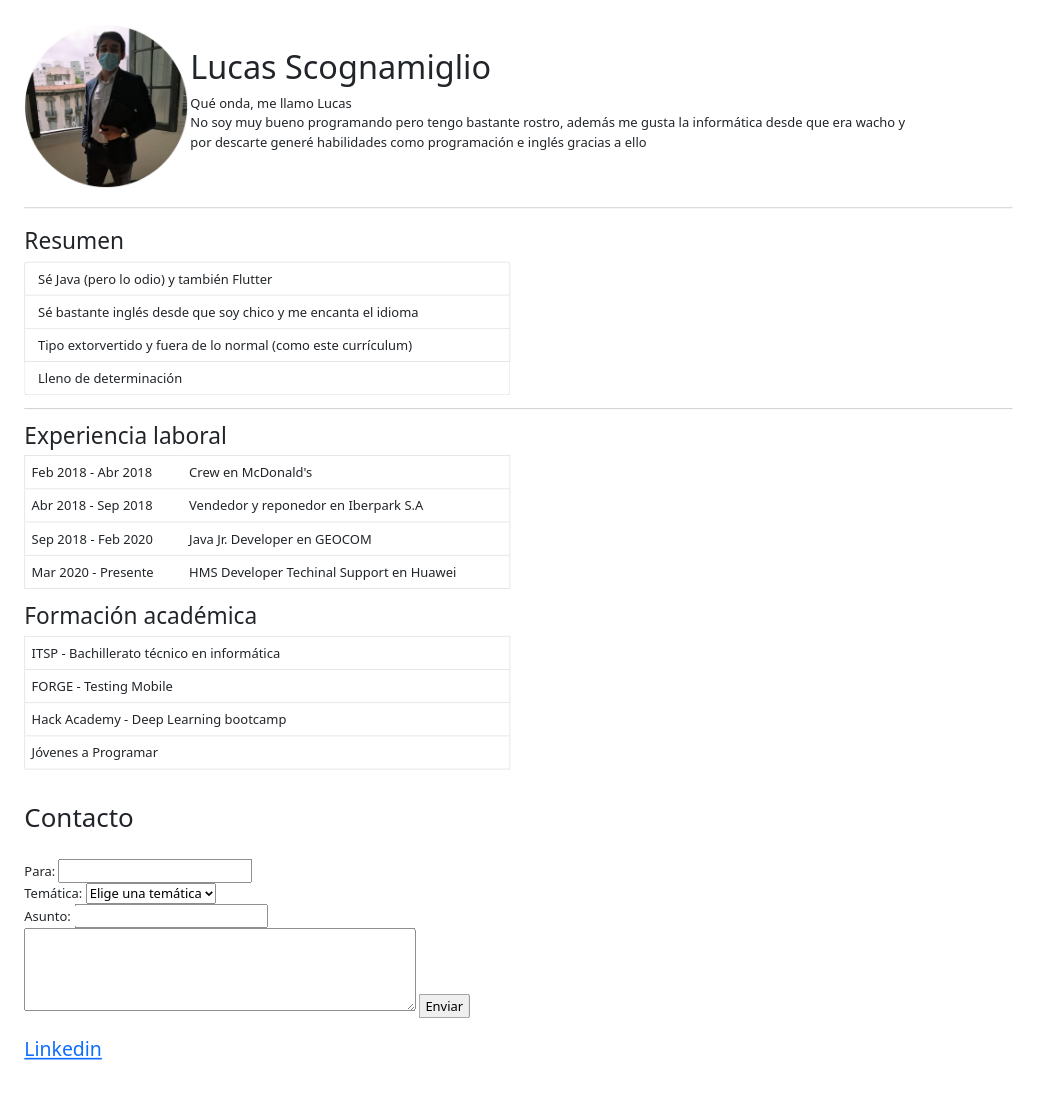
Repository: ScoggoDev/DesarrolloWeb
Page: tarea en equipo 1/cv.html
The author's editor kept a copy of each file at every save. The page is drawn from the files as they stood at one save, then again after the next save.
The browser window is 1280 px wide. The pictures show the whole page, at 81% of full size.

Above is the page before, as saved 2021-07-12 10:07:03.

### tarea en equipo 1/cv.html
<!DOCTYPE html>
<html>
  <head>
    <meta charset="utf-8">
    <title>CV de Lucas</title>
    <link href="https://cdn.jsdelivr.net/npm/bootstrap@5.0.2/dist/css/bootstrap.min.css" rel="stylesheet" integrity="sha384-EVSTQN3/azprG1Anm3QDgpJLIm9Nao0Yz1ztcQTwFspd3yD65VohhpuuCOmLASjC" crossorigin="anonymous">
    <script src="https://cdn.jsdelivr.net/npm/bootstrap@5.0.2/dist/js/bootstrap.bundle.min.js" integrity="sha384-MrcW6ZMFYlzcLA8Nl+NtUVF0sA7MsXsP1UyJoMp4YLEuNSfAP+JcXn/tWtIaxVXM" crossorigin="anonymous"></script>
  </head>
  <body style="margin: 30px;">
    <table >
      <td><img src="circle-cropped.png" alt="Lucas Scognamiglio" width="200" height="200"></td>
      <td>           </td>
      <td>    <h1>Lucas Scognamiglio</h1>
          <p>Qué onda, me llamo Lucas<br> No soy muy bueno programando pero tengo bastante rostro, además me gusta la informática desde que era wacho y <br>por descarte generé habilidades como programación e inglés gracias a ello <br> </p></td>
    </table>

    <hr class="my-4">
    <h3>Resumen</h3>
    <div style="width: 600px; ">
        <ul class="list-group">
            <li class="list-group-item">Sé Java (pero lo odio) y también Flutter</li>
            <li class="list-group-item">Sé bastante inglés desde que soy chico y me encanta el idioma</li>
            <li class="list-group-item">Tipo extorvertido y fuera de lo normal (como este currículum)</li>
            <li class="list-group-item">Lleno de determinación</li>
          </ul>
    </div>

    <hr>
    <h3>Experiencia laboral</h3>
    <table border="1" class="table" style="width: 600px;">
      <tr>
        <td>Feb 2018 - Abr 2018</td>
        <td>Crew en McDonald's</td>
      </tr>
      <tr>
        <td>Abr 2018 - Sep 2018</td>
        <td>Vendedor y reponedor en Iberpark S.A</td>
      </tr>
      <tr>
        <td>Sep 2018 - Feb 2020</td>
        <td>Java Jr. Developer en GEOCOM</td>
      </tr>
      <tr>
        <td>Mar 2020 - Presente</td>
        <td>HMS Developer Techinal Support en Huawei</td>
      </tr>
    </table>

    <h3>Formación académica</h3>
    <table border="1" class="table" style="width: 600px;">
      <tr>
        <td>ITSP - Bachillerato técnico en informática</td>
      </tr>
      <tr>
        <td>FORGE - Testing Mobile</td>
      </tr>
      <tr>
        <td>Hack Academy - Deep Learning bootcamp</td>
      </tr>
      <tr>
        <td>Jóvenes a Programar</td>
      </tr>
    </table>
    <br>
    <h2>Contacto</h2>
    <br>
    <form action="/action_page.php">
      <label for="fname">Para:</label>
      <input type="text" id="fname" name="fname"><br>

      <label for="food">Temática: </label>
      <select name="select" >
          <option value="" selected disabled hidden>Elige una temática</option>
          <option>Consulta</option>
          <option>Propuesta</option>
          <option>Reporte</option>
          <option>Otro</option>

      </select> <br>
      <label for="lname">Asunto:</label>
      <input type="text" id="lname" name="lname"><br>
      <textarea id="textarea" name="textarea" rows="4" cols="50">

      </textarea>
      <input type="submit" value="Enviar">
    </form>
    <br>
    <h4><a href="linkedin.com/in/lucas-scognamiglio-71b154162/">Linkedin</a></h4>
    <br>
  </body>
</html>

After the next save:
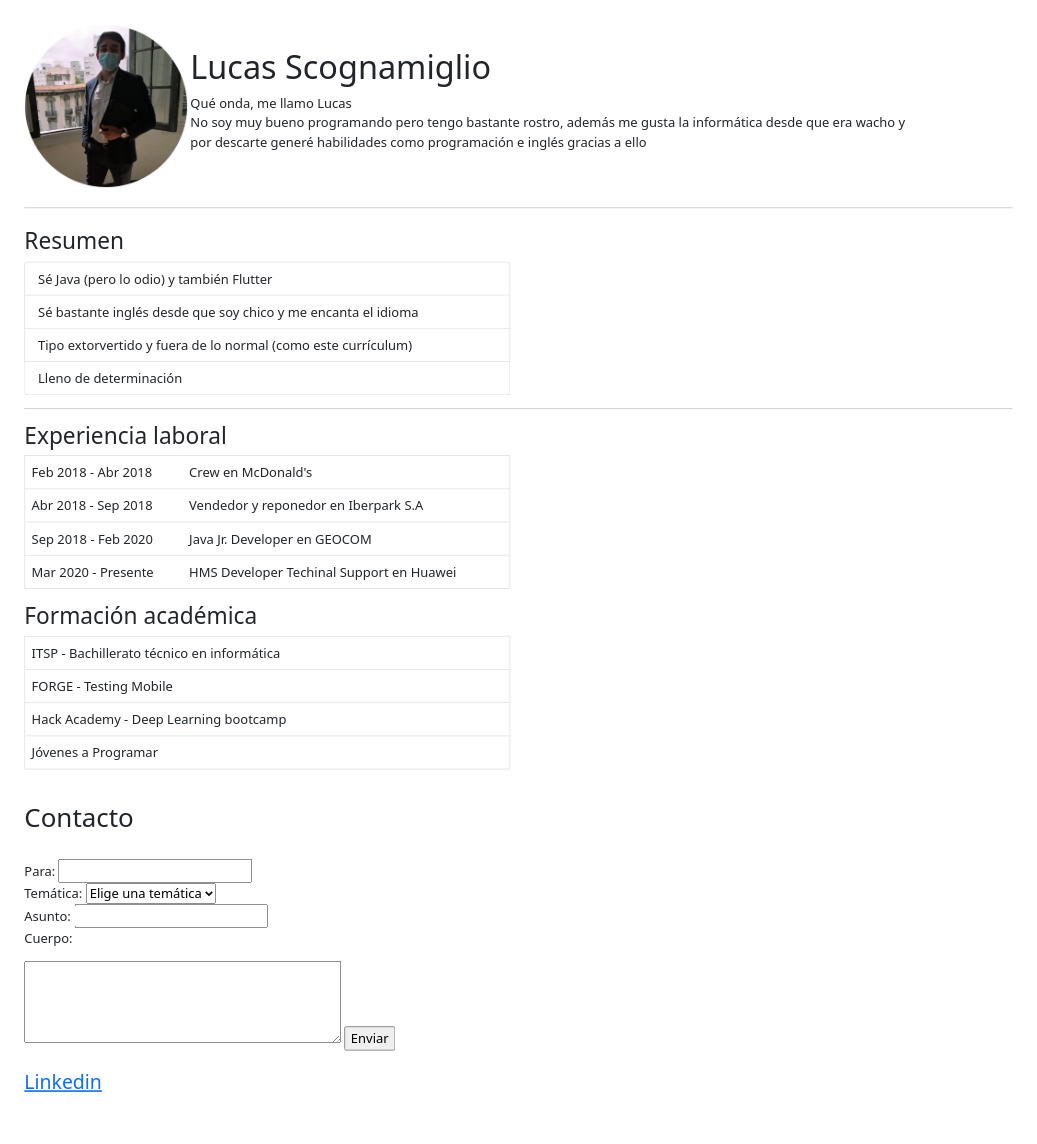
Saved 16 s later.
--- a/tarea en equipo 1/cv.html
+++ b/tarea en equipo 1/cv.html
@@ -79,7 +79,8 @@
       </select> <br>
       <label for="lname">Asunto:</label>
       <input type="text" id="lname" name="lname"><br>
-      <textarea id="textarea" name="textarea" rows="4" cols="50">
+      <p>Cuerpo: </p>
+      <textarea id="textarea" name="textarea" rows="4" cols="40">
 
       </textarea>
       <input type="submit" value="Enviar">
